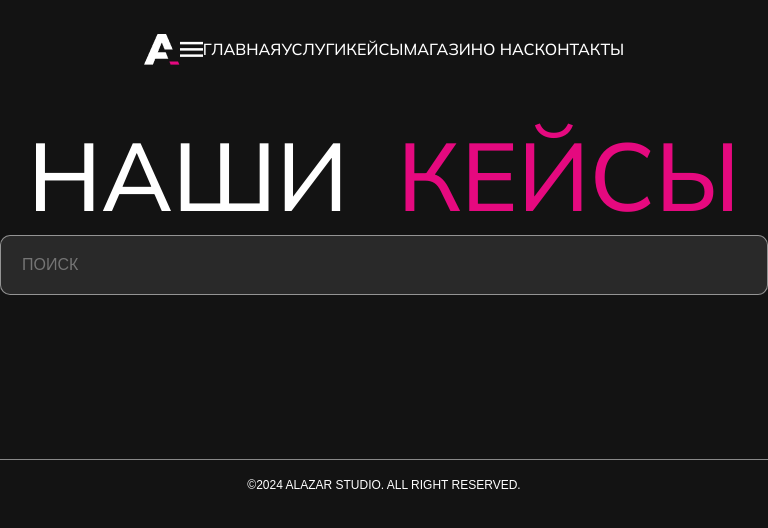
Repository: AlazarStudio/alazar_studio
Page: /cases
The author's editor kept a copy of each file at every save. The page is drawn from the files as they stood at one save, then again after a run of saves.
The browser window is 768 px wide. The pictures show the whole page.
The page's requests for data from a server got no answer. The project was rebuilt for these pictures with package versions that can differ from the ones it lists, and the page was loaded fresh each time. No one was signed in, and anything a server would have sent is missing. Also part of the build but not shown: vite.config.js, src/Components/Pages/Non_Found_Page.jsx, src/Components/Standart/CenterBlock/CenterBlock.module.css, src/Components/Standart/CenterBlock/CenterBlock.jsx, src/Components/Standart/WidthBlock/WidthBlock.module.css, src/Components/Standart/WidthBlock/WidthBlock.jsx, src/Components/Pages/HomePage/HomePage.module.css, src/Components/Pages/HomePage/HomePage.jsx and 13 more.

Above is the page before, as saved 2025-05-06 16:05:45.

After the next 4 saves:
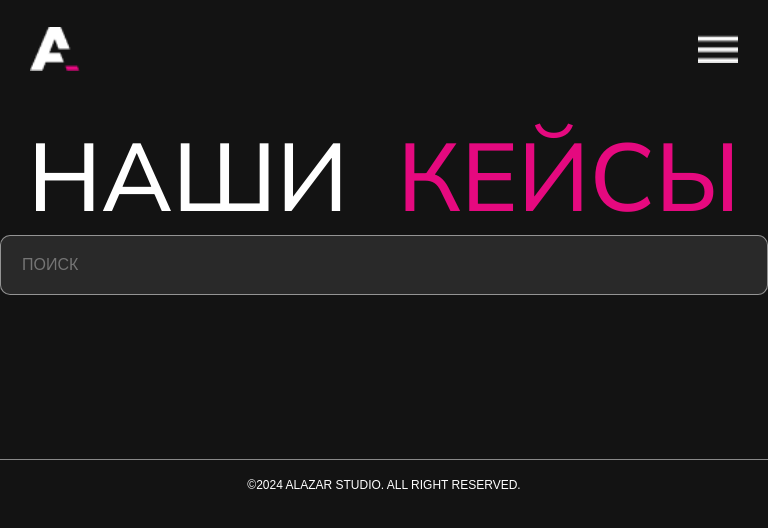
The 4 saves are shown as one change because they came seconds apart.
The last was saved 17 s later.
--- a/src/Components/Blocks/Header/Header.module.css
+++ b/src/Components/Blocks/Header/Header.module.css
@@ -135,4 +135,68 @@ li a {
     font-family: 'Mulish', sans-serif;
   }
 
-}
+  /* Для мобильного меню */
+.containerNavMobile {
+  position: relative;
+}
+
+.menuIcon {
+  width: 40px;
+  cursor: pointer;
+}
+
+/* Блок с меню, по умолчанию скрыт справа */
+.menu {
+  position: fixed;
+  top: 0;
+  right: -250px; /* Меню скрыто за экраном */
+  width: 250px;
+  height: 100%;
+  background-color: #333;
+  color: #fff;
+  transition: right 0.3s ease;
+}
+
+.menu.open {
+  right: 0; /* Меню выезжает */
+}
+
+.menu ul {
+  list-style-type: none;
+  padding: 20px;
+  margin: 0;
+}
+
+.menu li {
+  margin: 20px 0;
+}
+
+.menu a {
+  color: #fff;
+  text-decoration: none;
+  font-size: 18px;
+}
+
+.containerNavMobile img.logoMobile {
+  width: 40px;
+}
+
+/* Медиазапрос для мобильных устройств */
+
+  .containerNav {
+    display: none; /* Скрываем десктопное меню на мобильных */
+  }
+
+  .containerNavMobile {
+    display: flex;
+    justify-content: space-between;
+    align-items: center;
+  }
+
+  .containerNavMobile img.logoMobile {
+    width: 50px;
+  }
+
+
+
+}
